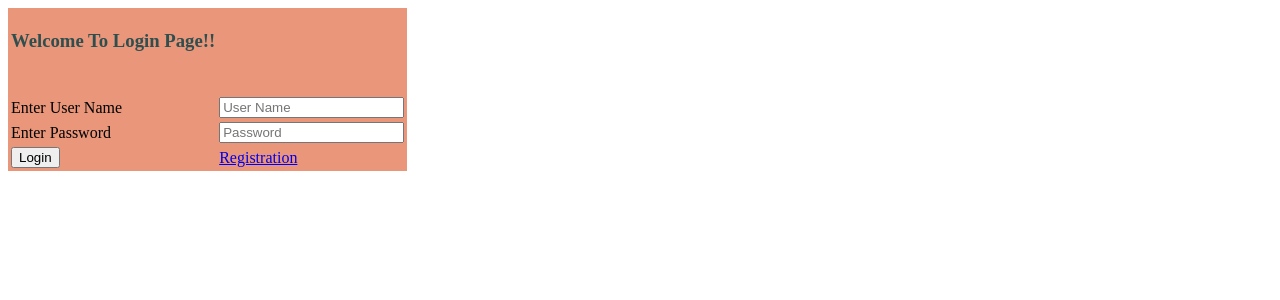
Repository: Pramila0526/LoginRegistrationUsingFilters
Page: http://localhost/LoginAndRegistration/login.jsp
An editor plug-in stored every save of this project. The page is shown before and after the next save, followed by the edit.
The browser window is 1280 px wide. The pictures show the whole page.
The page is served by Tomcat 9. Other server files are loaded and not shown.

Above is the page before, as saved 2019-12-27 05:32:55.

### LoginAndRegistration/WebContent/login.jsp
<%@ page language="java" contentType="text/html; charset=UTF-8"
	pageEncoding="UTF-8"%>
<!DOCTYPE html>
<html>
<head>
<meta charset="UTF-8">
<title>Insert title here</title>
</head>
<body>
	<form action="Login" method="post">
		<table style="background-color: DarkSalmon;">
		<tr>
				<td><h3 style="color: darkslategray;">Welcome To Login
						Page!!</h3></td>
			</tr>
			<tr>
				<td><h3 style="color: darkslategray;">${message}</h3></td>
			</tr>

			<tr>
				<td>Enter User Name</td>
				<td><input type="text" name="userName" placeholder="User Name"></td>
			</tr>
			<tr>
				<td>Enter Password</td>
				<td><input type="password" name="password" placeholder="Password"></td>
			</tr>

			<tr>
				<td><input type="submit" name="Login" value="Login"></td>
				<td><a href="register.jsp">Registration</a></td>
			</tr>
		</table>
	</form>
</body>
</html>

After the next save:
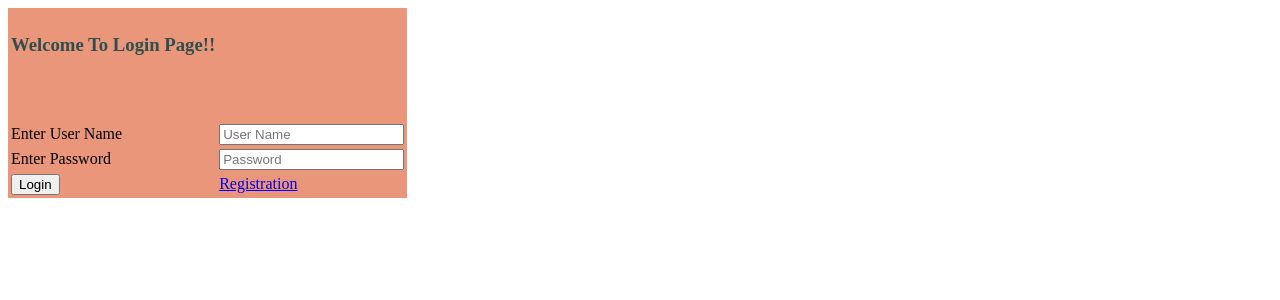
Saved 101 s later.
--- a/LoginAndRegistration/WebContent/login.jsp
+++ b/LoginAndRegistration/WebContent/login.jsp
@@ -10,9 +10,16 @@
 	<form action="Login" method="post">
 		<table style="background-color: DarkSalmon;">
 		<tr>
+				<td></td>
+			</tr>
+			<tr>
 				<td><h3 style="color: darkslategray;">Welcome To Login
 						Page!!</h3></td>
 			</tr>
+			<tr>
+				<td><h3 style="color: darkslategray;">${successMessage}</h3></td>
+			</tr>
+
 			<tr>
 				<td><h3 style="color: darkslategray;">${message}</h3></td>
 			</tr>
